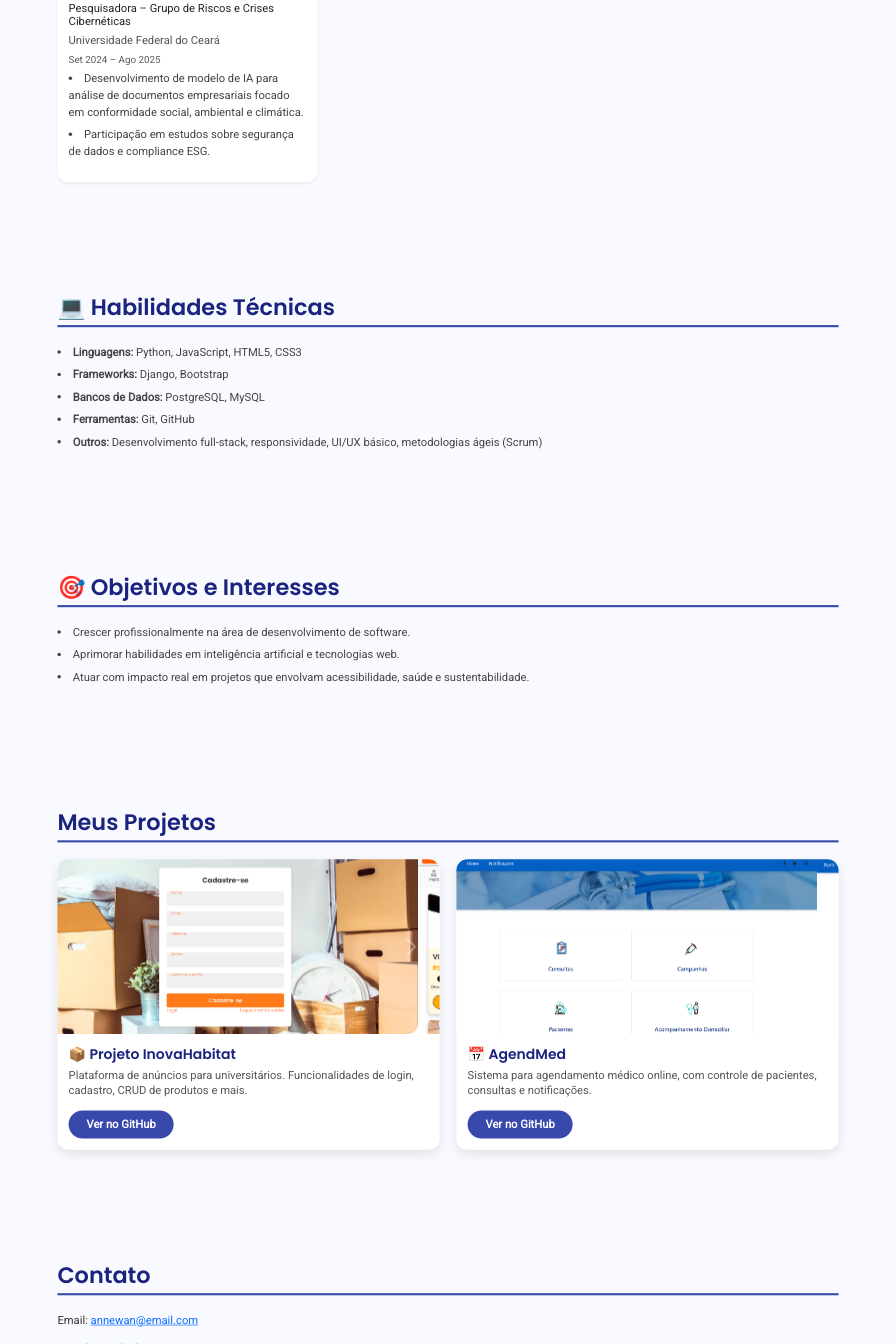
Repository: Suziane90/Portifolio
Page: index2.html
The author's editor kept a copy of each file at every save. The page is drawn from the files as they stood at one save, then again after the next save.
The browser window is 1280 px wide. The pictures show the part of the page from y = 1068 to 2988 px (the page is 3188 px tall before and 4306 px after), at 70% of full size.

Above is the page before, as saved 2025-07-24 11:08:00.

### index2.html
<!DOCTYPE html>
<html lang="pt-br">

<head>
  <meta charset="UTF-8" />
  <meta name="viewport" content="width=device-width, initial-scale=1" />
  <title>Portfólio | Anne Wan</title>

  <!-- Bootstrap CSS -->
  <link href="https://cdn.jsdelivr.net/npm/bootstrap@5.3.0/dist/css/bootstrap.min.css" rel="stylesheet" />

  <!-- Google Fonts: Poppins e Roboto -->
  <link href="https://fonts.googleapis.com/css2?family=Poppins:wght@300;600&family=Roboto&display=swap" rel="stylesheet" />

  <style>
    /* Reset e fontes */
    body {
      font-family: 'Roboto', sans-serif;
      background: #f9faff;
      scroll-behavior: smooth;
      color: #333;
    }

    h1,
    h2,
    h3,
    h4,
    h5 {
      font-family: 'Poppins', sans-serif;
    }

    /* Navbar personalizada */
    .navbar-custom {
      background: #1a237e; /* azul escuro */
      box-shadow: 0 4px 12px rgb(26 35 126 / 0.3);
    }

    .navbar-custom .navbar-brand,
    .navbar-custom .nav-link {
      color: #ffffff;
      font-weight: 600;
    }

    .navbar-custom .nav-link:hover {
      color: #ffca28; /* amarelo suave */
    }

    /* Header */
    header {
      background: linear-gradient(135deg, #3949ab, #1a237e);
      color: #fff;
      padding: 6rem 1rem 4rem;
      text-align: center;
      box-shadow: 0 8px 25px rgb(26 35 126 / 0.4);
    }

    header h1 {
      font-size: 3.5rem;
      font-weight: 700;
      margin-bottom: 0.3rem;
    }

    header p {
      font-size: 1.25rem;
      font-weight: 400;
      letter-spacing: 1px;
      opacity: 0.85;
    }

    /* Seções */
    section {
      padding: 3rem 0 4rem;
    }

    section h2 {
      font-weight: 700;
      margin-bottom: 1.5rem;
      border-bottom: 3px solid #3949ab;
      padding-bottom: 0.4rem;
      color: #1a237e;
    }

    /* Cards dos projetos */
    .card {
      border-radius: 1rem;
      box-shadow: 0 6px 15px rgb(0 0 0 / 0.1);
      transition: transform 0.3s ease, box-shadow 0.3s ease;
      overflow: hidden;
    }

    .card:hover {
      transform: translateY(-10px);
      box-shadow: 0 15px 30px rgb(0 0 0 / 0.15);
    }

    .card-body h5 {
      font-weight: 700;
      color: #1a237e;
    }

    .card-body p {
      color: #555;
      line-height: 1.4;
    }

    .btn-primary {
      background-color: #3949ab;
      border: none;
      font-weight: 600;
      padding: 0.5rem 1.6rem;
      border-radius: 50px;
      transition: background-color 0.3s ease;
    }

    .btn-primary:hover {
      background-color: #1a237e;
    }

    /* Carousel */
    .carousel-inner img {
      border-bottom-left-radius: 1rem;
      border-bottom-right-radius: 1rem;
      height: 250px;
      object-fit: cover;
      user-select: none;
    }

    /* Listas e textos */
    ul {
      list-style: disc inside;
      padding-left: 0;
      color: #444;
    }

    ul li {
      margin-bottom: 0.5rem;
      font-size: 1rem;
    }

    /* Footer */
    footer {
      background-color: #1a237e;
      color: #eee;
      padding: 1rem 0;
      text-align: center;
      font-size: 0.9rem;
      letter-spacing: 1px;
    }

    /* Espaçamento entre seções no mobile */
    @media (max-width: 767px) {
      header h1 {
        font-size: 2.5rem;
      }

      header p {
        font-size: 1rem;
      }

      .carousel-inner img {
        height: 200px;
      }
    }
  </style>
</head>

<body>

  <!-- Navbar -->
  <nav class="navbar navbar-expand-md navbar-custom fixed-top shadow-sm">
    <div class="container">
      <a class="navbar-brand" href="#">Anne Wan</a>
      <button class="navbar-toggler" type="button" data-bs-toggle="collapse" data-bs-target="#navMenu" aria-controls="navMenu"
        aria-expanded="false" aria-label="Alternar navegação">
        <span class="navbar-toggler-icon" style="filter: invert(1);"></span>
      </button>
      <div class="collapse navbar-collapse" id="navMenu">
        <ul class="navbar-nav ms-auto gap-3">
          <li class="nav-item"><a class="nav-link" href="#sobre">Sobre</a></li>
          <li class="nav-item"><a class="nav-link" href="#experiencia">Experiência</a></li>
          <li class="nav-item"><a class="nav-link" href="#habilidades">Habilidades</a></li>
          <li class="nav-item"><a class="nav-link" href="#objetivos">Objetivos</a></li>
          <li class="nav-item"><a class="nav-link" href="#projetos">Projetos</a></li>
          <li class="nav-item"><a class="nav-link" href="#contato">Contato</a></li>
        </ul>
      </div>
    </div>
  </nav>

  <!-- Header -->
  <header>
    <div class="container">
      <h1>Anne Wan</h1>
      <p>Desenvolvedora Web | Estudante de ADS</p>
    </div>
  </header>

  <main class="container my-5">

    <!-- Sobre Mim -->
    <section id="sobre" class="mb-5">
      <h2>Sobre Mim</h2>
      <p>
        Sou estudante de Análise e Desenvolvimento de Sistemas, dedicada e sempre em busca de aprimoramento contínuo. Tenho uma forte base em desenvolvimento web full-stack, e gosto de encarar desafios com seriedade e criatividade.
      </p>
    </section>

    <!-- Experiência & Formação -->
    <section id="experiencia" class="mb-5">
      <h2>Experiência & Formação</h2>

      <div class="mb-4">
        <h5><strong>Suziane Brandão Andrade</strong></h5>
        <p>📍 Itapajé – CE | 📧 <a href="mailto:suzianebrandao980@gmail.com" class="link-primary">suzianebrandao980@gmail.com</a> | 📞 (85) 99422-3336</p>
      </div>

      <div class="col-md-4">
      <div class="card shadow-sm h-100 border-0">
        <div class="card-body">
          <h5 class="card-title fw-bold">🎓 Formação Acadêmica</h5>
          <p class="card-text mb-0"><strong>Tecnologia em Análise e Desenvolvimento de Sistemas</strong></p>
          <p class="card-text mb-0">Universidade Federal do Ceará – Campus Itapajé</p>
          <p class="card-text"><small class="text-muted">Período: Em andamento</small></p>
        </div>
      </div>
    </div>

          <!-- Experiência -->
    <div class="col-md-4">
      <div class="card shadow-sm h-100 border-0">
        <div class="card-body">
          <h5 class="card-title fw-bold">🧪 Experiência em Projetos e Pesquisa</h5>

          <h6 class="mt-2">Pesquisadora – Grupo de Riscos e Crises Cibernéticas</h6>
          <p class="mb-1">Universidade Federal do Ceará</p>
          <p class="mb-1"><small class="text-muted">Set 2024 – Ago 2025</small></p>
          <ul>
            <li>Desenvolvimento de modelo de IA para análise de documentos empresariais focado em conformidade social, ambiental e climática.</li>
            <li>Participação em estudos sobre segurança de dados e compliance ESG.</li>
          </ul>





    </section>

    <!-- Habilidades Técnicas -->
    <section id="habilidades" class="mb-5">
      <h2>💻 Habilidades Técnicas</h2>
      <ul>
        <li><strong>Linguagens:</strong> Python, JavaScript, HTML5, CSS3</li>
        <li><strong>Frameworks:</strong> Django, Bootstrap</li>
        <li><strong>Bancos de Dados:</strong> PostgreSQL, MySQL</li>
        <li><strong>Ferramentas:</strong> Git, GitHub</li>
        <li><strong>Outros:</strong> Desenvolvimento full-stack, responsividade, UI/UX básico, metodologias ágeis (Scrum)</li>
      </ul>
    </section>

    <!-- Objetivos e Interesses -->
    <section id="objetivos" class="mb-5">
      <h2>🎯 Objetivos e Interesses</h2>
      <ul>
        <li>Crescer profissionalmente na área de desenvolvimento de software.</li>
        <li>Aprimorar habilidades em inteligência artificial e tecnologias web.</li>
        <li>Atuar com impacto real em projetos que envolvam acessibilidade, saúde e sustentabilidade.</li>
      </ul>
    </section>

    <!-- Projetos -->
    <section id="projetos" class="mb-5">
      <h2>Meus Projetos</h2>

      <div class="row gy-4">

        <!-- Projeto InovaHabitat -->
        <div class="col-md-6">
          <div class="card h-100 border-0">
            <div id="carouselInova" class="carousel slide rounded-top" data-bs-ride="carousel">
              <div class="carousel-inner">
                <div class="carousel-item active">
                  <img src="assets/Inova3.png" class="d-block w-100" alt="InovaHabitat imagem 1" />
                </div>
                <div class="carousel-item">
                  <img src="assets/inova2.png" class="d-block w-100" alt="InovaHabitat imagem 2" />
                </div>
                <div class="carousel-item">
                  <img src="assets/Inova6.png" class="d-block w-100" alt="InovaHabitat imagem 3" />
                </div>
              </div>
              <button
                class="carousel-control-prev"
                type="button"
                data-bs-target="#carouselInova"
                data-bs-slide="prev"
              >
                <span class="carousel-control-prev-icon" aria-hidden="true"></span>
                <span class="visually-hidden">Anterior</span>
              </button>
              <button
                class="carousel-control-next"
                type="button"
                data-bs-target="#carouselInova"
                data-bs-slide="next"
              >
                <span class="carousel-control-next-icon" aria-hidden="true"></span>
                <span class="visually-hidden">Próximo</span>
              </button>
            </div>
            <div class="card-body">
              <h5 class="card-title">📦 Projeto InovaHabitat</h5>
              <p class="card-text">
                Plataforma de anúncios para universitários. Funcionalidades de login, cadastro, CRUD de produtos e mais.
              </p>
              <a href="https://github.com/seuusuario/inova-habitat" target="_blank" class="btn btn-primary"
                >Ver no GitHub</a
              >
            </div>
          </div>
        </div>

        <!-- Projeto AgendMed -->
        <div class="col-md-6">
          <div class="card h-100 border-0">
            <div id="carouselAgendMed" class="carousel slide rounded-top" data-bs-ride="carousel">
              <div class="carousel-inner">
                <div class="carousel-item active">
                  <img src="assets/Agend2.png" class="d-block w-100" alt="AgendMed imagem 1" />
                </div>
                <div class="carousel-item">
                  <img src="assets/Agend3.png" class="d-block w-100" alt="AgendMed imagem 2" />
                </div>
                <div class="carousel-item">
                  <img src="assets/Agend4.png" class="d-block w-100" alt="AgendMed imagem 3" />
                </div>
              </div>
              <button
                class="carousel-control-prev"
                type="button"
                data-bs-target="#carouselAgendMed"
                data-bs-slide="prev"
              >
                <span class="carousel-control-prev-icon" aria-hidden="true"></span>
                <span class="visually-hidden">Anterior</span>
              </button>
              <button
                class="carousel-control-next"
                type="button"
                data-bs-target="#carouselAgendMed"
                data-bs-slide="next"
              >
                <span class="carousel-control-next-icon" aria-hidden="true"></span>
                <span class="visually-hidden">Próximo</span>
              </button>
            </div>
            <div class="card-body">
              <h5 class="card-title">📅 AgendMed</h5>
              <p class="card-text">
                Sistema para agendamento médico online, com controle de pacientes, consultas e notificações.
              </p>
              <a href="https://github.com/seuusuario/agendmed" target="_blank" class="btn btn-primary"
                >Ver no GitHub</a
              >
            </div>
          </div>
        </div>

      </div>
    </section>

    <!-- Contato -->
    <section id="contato" class="mb-5">
      <h2>Contato</h2>
      <p>Email: <a href="mailto:annewan@email.com" class="link-primary">annewan@email.com</a></p>
      <p>
        <a href="https://github.com/seuusuario" target="_blank" class="me-3 link-primary">GitHub</a>
        <a href="https://linkedin.com/in/seulinkedin" target="_blank" class="link-primary">LinkedIn</a>
      </p>
    </section>

  </main>

  <footer>
    <small>© 2025 Anne Wan</small>
  </footer>

  <!-- Bootstrap JS Bundle -->
  <script src="https://cdn.jsdelivr.net/npm/bootstrap@5.3.0/dist/js/bootstrap.bundle.min.js"></script>

</body>

</html>

After the next save:
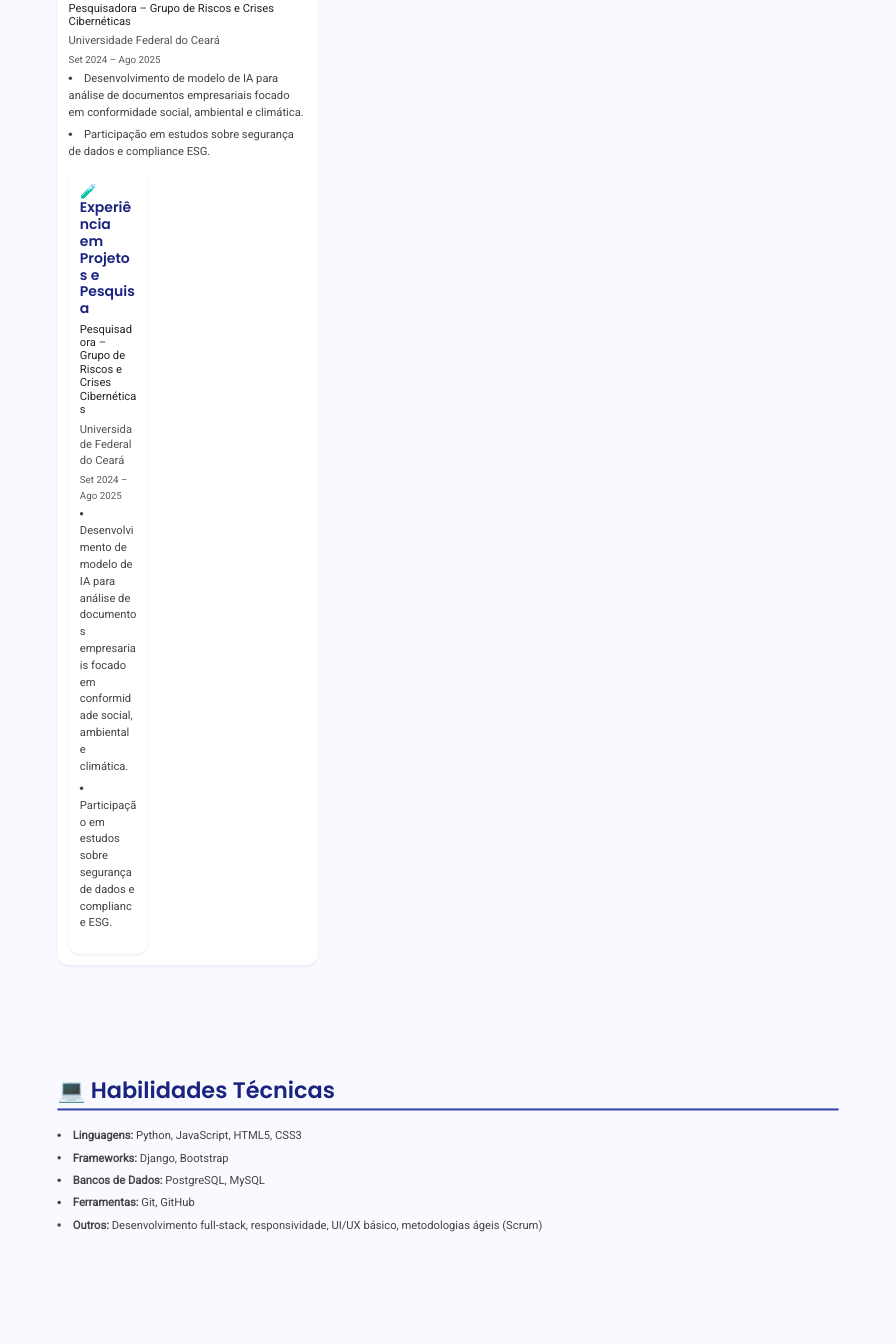
Saved 9 s later.
--- a/index2.html
+++ b/index2.html
@@ -240,7 +240,18 @@
           </ul>
 
 
-
+           <div class="col-md-4">
+      <div class="card shadow-sm h-100 border-0">
+        <div class="card-body">
+          <h5 class="card-title fw-bold">🧪 Experiência em Projetos e Pesquisa</h5>
+
+          <h6 class="mt-2">Pesquisadora – Grupo de Riscos e Crises Cibernéticas</h6>
+          <p class="mb-1">Universidade Federal do Ceará</p>
+          <p class="mb-1"><small class="text-muted">Set 2024 – Ago 2025</small></p>
+          <ul>
+            <li>Desenvolvimento de modelo de IA para análise de documentos empresariais focado em conformidade social, ambiental e climática.</li>
+            <li>Participação em estudos sobre segurança de dados e compliance ESG.</li>
+          </ul>
 
 
     </section>
